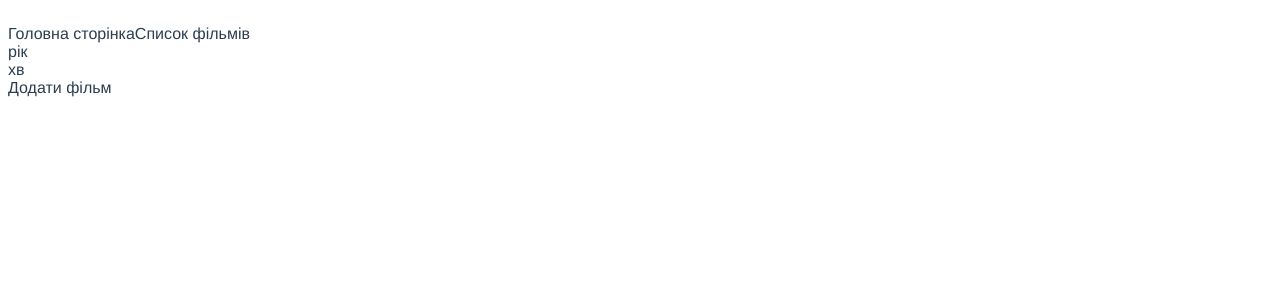
Repository: kristinap8/movies-gallery
Page: /add_movie
An editor plug-in stored every save of this project. The page is shown before and after the next save, followed by the edit.
The browser window is 1280 px wide. The pictures show the whole page.
The project was rebuilt for these pictures with package versions that can differ from the ones it lists, and the page was loaded fresh each time. Also part of the build but not shown: src/pages/Home/index.vue, src/components/MovieDetails/index.vue, src/pages/Movie/index.vue, src/components/MovieInfo/index.vue, src/components/MoviesList/index.vue, src/pages/AllMovies/index.vue.

Above is the page before, as saved 2020-11-15 21:36:58.

### src/main.js
import Vue from 'vue'
import App from './App.vue'
import store from "./store"
import router from "./router"

Vue.config.productionTip = false

new Vue({
  router,
  store,
  render: h => h(App),
}).$mount('#app')

### src/App.vue
<template>
  <div id="app">
    <router-view/>
    </div>
</template>

<script>


export default {
  name: 'App',
  components: {

  }
}
</script>

<style>
#app {
  font-family: Avenir, Helvetica, Arial, sans-serif;
  -webkit-font-smoothing: antialiased;
  -moz-osx-font-smoothing: grayscale;
  color: #2c3e50;
  margin-top: 25px;
}
</style>

### src/store/index.js
import Vue from "vue";
import Vuex from "vuex";
import { v4 as uuid_v4 } from 'uuid'

Vue.use(Vuex);

const store=new Vuex.Store({
    state:{
       moviesList:[
           {
               id:1,
               name:"Джокер",
               image:"https://upload.wikimedia.org/wikipedia/ru/thumb/6/6f/%D0%94%D0%B6%D0%BE%D0%BA%D0%B5%D1%80_%28%D1%84%D0%B8%D0%BB%D1%8C%D0%BC_%D0%A2%D0%BE%D0%B4%D0%B4%D0%B0_%D0%A4%D0%B8%D0%BB%D0%BB%D0%B8%D0%BF%D1%81%D0%B0%29.jpg/202px-%D0%94%D0%B6%D0%BE%D0%BA%D0%B5%D1%80_%28%D1%84%D0%B8%D0%BB%D1%8C%D0%BC_%D0%A2%D0%BE%D0%B4%D0%B4%D0%B0_%D0%A4%D0%B8%D0%BB%D0%BB%D0%B8%D0%BF%D1%81%D0%B0%29.jpg",
               genre:"Драма",
               year:2019,
               country:"США",
               actors:"Роберт де Ніро",
               //"Хоакін Фенікс","Ши Уигхем"],
               duration:122
           },
           {
            id:2,
            name:"Воно",
            image:"https://media.socastsrm.com/wordpress/wp-content/blogs.dir/679/files/2019/09/it_chapter_two_pennywise_poster.png",
            genre:"Триллер",
            year:2017,
            country:"США",
            actors:"Білл Скарсгард",
            //"Ері Коен","Хавйер Ботет"],
            duration:135
           },
           {
            id:3,
            name:"Форсаж 8",
            image:"https://img.odessa1.com/images/events/326x464/m2-17534-1.jpg",
            genre:"Бойовик",
            year:2017,
            country:"США",
            actors:"Він Дизель",
            //"Джейсон Стейтем","Дуейн Джонсон"],
            duration:136
           }
       ]
    },
    mutations:{
        addMovie(state, data) {
             state.moviesList.push({
              id: uuid_v4(),
              ...data,
            })
          },
    },
    actions:{
        addMovie({ commit }, movie) {
            commit('addMovie', movie)
          },
    },
    getters:{
        getMovies: (state) => state.moviesList,
        getMoviesCount:(state) => state.moviesList.length,
        getMovieById:(state)=>(id)=>{return state.moviesList.find(movie=>movie.id===id)}
    }
})

export default store;

### src/router.js
import Vue from "vue";
import VueRouter from "vue-router";

import Home from "@/pages/Home";
import Movie from "@/pages/Movie";
import AddMovie from "@/pages/AddMovie";
import AllMovies from "@/pages/AllMovies";

Vue.use(VueRouter);

const routes=[
    {
        path:"/",
        name:'home',
        component:Home
    },
    {
        path:"/all_movies",
        name:'all-movies',
        component:AllMovies
    },
    {
        path:"/add_movie",
        name:'add-movie',
        component:AddMovie
    },
    {
        path:"/movie/:movie_id",
        name:'movie',
        component:Movie
    }
];
const router=new VueRouter({
    mode:"history",
    routes
});

export default router;

### src/pages/AddMovie/index.vue
<template>
    <div>
        <b-button-group size="lg">
       <b-button to="/" variant="light">Головна сторінка</b-button>
       <b-button to="/all_movies" variant="light">Список фільмів</b-button>
       </b-button-group>
       <add-movie-form/>
    </div>
</template>

<script>
import AddMovieForm from "../../components/AddMovieForm"
    export default {
        name:"AddMovie",
        components: {
            AddMovieForm,
        },
    }
</script>

<style lang="scss" scoped>

</style>

### src/components/AddMovieForm/index.vue
<template>
<div>
    <div class="fixed-top d-flex align-items-center justify-content-center"
    style="bottom: 0; overflow-y: auto">
        <b-form style="max-width:800px;">
        <b-form-group label="Назва фільму:" label-for="name">
        <b-form-input
          id="name"
          v-model="name"
          placeholder="Введіть назву фільму..."
        ></b-form-input>
      </b-form-group>
      <b-form-group label="Картинка:" label-for="image">
        <b-form-input
          id="image"
          v-model="image"
          placeholder="Введіть url картинки..."
        ></b-form-input>
      </b-form-group>
       <b-form-group label="Жанр:" label-for="genre">
        <b-form-select
          id="genre"
          v-model="genre"
          :options="genres"
         ></b-form-select>
      </b-form-group>
      <b-form-group label="Рік:" label-for="year">
        <b-form-input
          id="year"
          v-model="year"
          type="range"
          min="1800"
          max="2020"
           ></b-form-input>
           <div class="mt-2"> {{year}} рік</div>
      </b-form-group>
      <b-form-group label="Країна:" label-for="country">
        <b-form-input
          id="country"
          v-model="country"
          placeholder="Введіть країну..."
        ></b-form-input>
      </b-form-group>
       <b-form-group label="Актори:" label-for="actors">
        <b-form-textarea
          id="actors"
          v-model="actors"
          placeholder="Введіть акторів..."
          rows="2"
          max-rows=1
        ></b-form-textarea>
      </b-form-group>
       <b-form-group label="Тривалість:" label-for="duration">
        <b-form-input
          id="duration"
          v-model="duration"
          type="range"
          min="0"
          max="200"
        ></b-form-input>
        <div class="mt-2"> {{duration}} хв</div>
      </b-form-group>
    <b-button variant="light" @click="onAddMovie">
      Додати фільм
    </b-button>
        </b-form>
    </div>
</div>
</template>

<script>
import { mapActions } from 'vuex'

    export default {
        name:"AddMovieForm",
        data() {
          return {
           name:null,
           genre:null,
           year:null,
           country:null,
           actors:null,
           duration:null,
           image:null,
           genres:[{ text: 'Виберіть жанр...', value: null },"Комедія","Детектив","Триллер","Жахи","Драма","Мультфільм","Бойовик","Фантастика"],
            }
        },
        methods:{
        ...mapActions(['addMovie']),
        onAddMovie(){
            const{name,image,genre,year,country,actors,duration}=this

            this.addMovie({
                name,
                image,
                genre,
                year,
                country,
                actors,
                duration
            })
        },
        },
    }

</script>

<style lang="scss" scoped>

</style>

Loaded but not shown: public/index.html (common file)

After the next save:
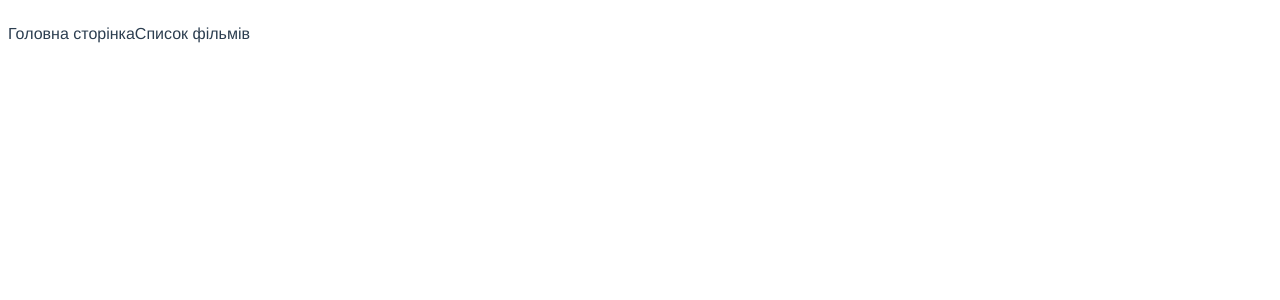
Saved 4 min 54 s later.
--- a/src/pages/AddMovie/index.vue
+++ b/src/pages/AddMovie/index.vue
@@ -4,7 +4,7 @@
        <b-button to="/" variant="light">Головна сторінка</b-button>
        <b-button to="/all_movies" variant="light">Список фільмів</b-button>
        </b-button-group>
-       <add-movie-form/>
+
     </div>
 </template>
 

After the save that followed:
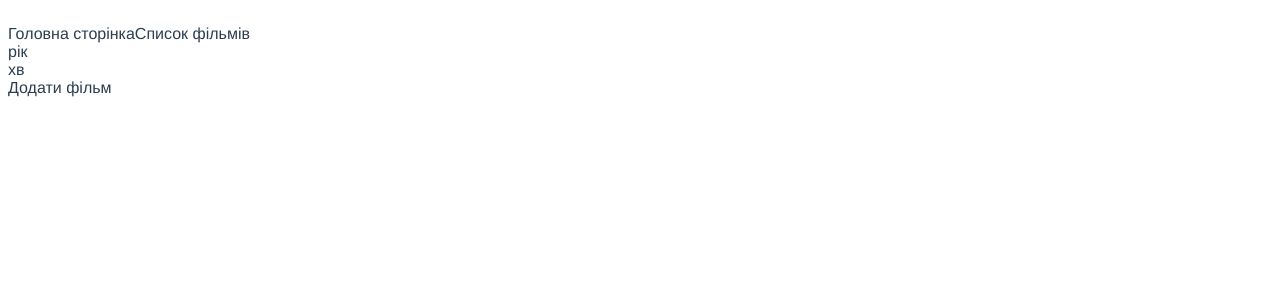
Saved 40 s later.
--- a/src/pages/AddMovie/index.vue
+++ b/src/pages/AddMovie/index.vue
@@ -4,7 +4,7 @@
        <b-button to="/" variant="light">Головна сторінка</b-button>
        <b-button to="/all_movies" variant="light">Список фільмів</b-button>
        </b-button-group>
-
+       <add-movie-form/>
     </div>
 </template>
 
